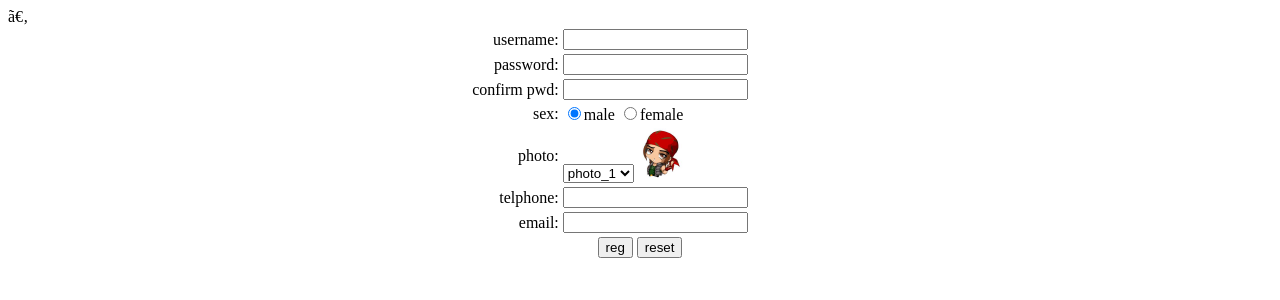
Repository: GetHubByYc/MyEclipse
Page: http://localhost/CheckLogin/reg.jsp
An editor plug-in stored every save of this project. The page is shown before and after the next save, followed by the edit.
The browser window is 1280 px wide. The pictures show the whole page.
The page is served by Tomcat 9. Nobody is signed in. The application's start-up code is not run.

Above is the page before, as saved 2015-11-14 02:58:51.

After the next save:
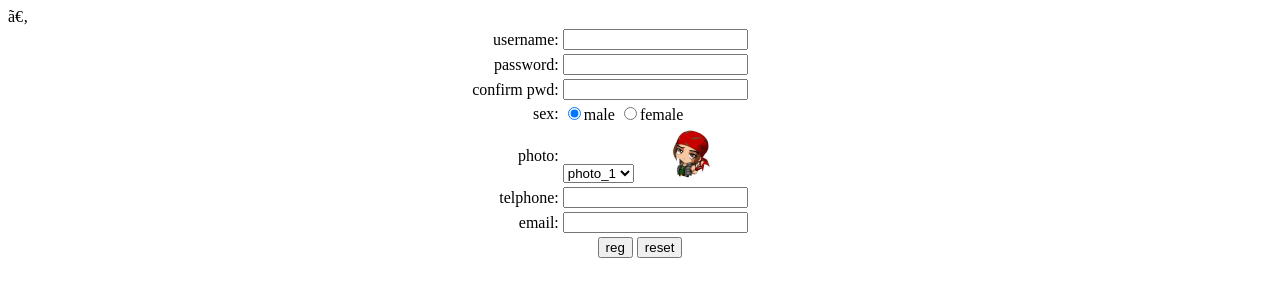
Saved 44 s later.
--- a/CheckLogin/WebRoot/reg.jsp
+++ b/CheckLogin/WebRoot/reg.jsp
@@ -53,7 +53,7 @@
     				<option value="images/avatar_Dante_small1.jpg" selected="selected">photo_1</option>
     				<option value="images/avatar_Go_small1.jpg">photo_2</option>
     			</select>
-    			<img id="photo_img" style="width:50px;height:50px;" src="images/avatar_Dante_small1.jpg"/>
+    			<img id="photo_img" style="width:50px;height:50px;position:relative;left:30px" src="images/avatar_Dante_small1.jpg"/>
     		</td>
     	</tr>
     	<tr>
